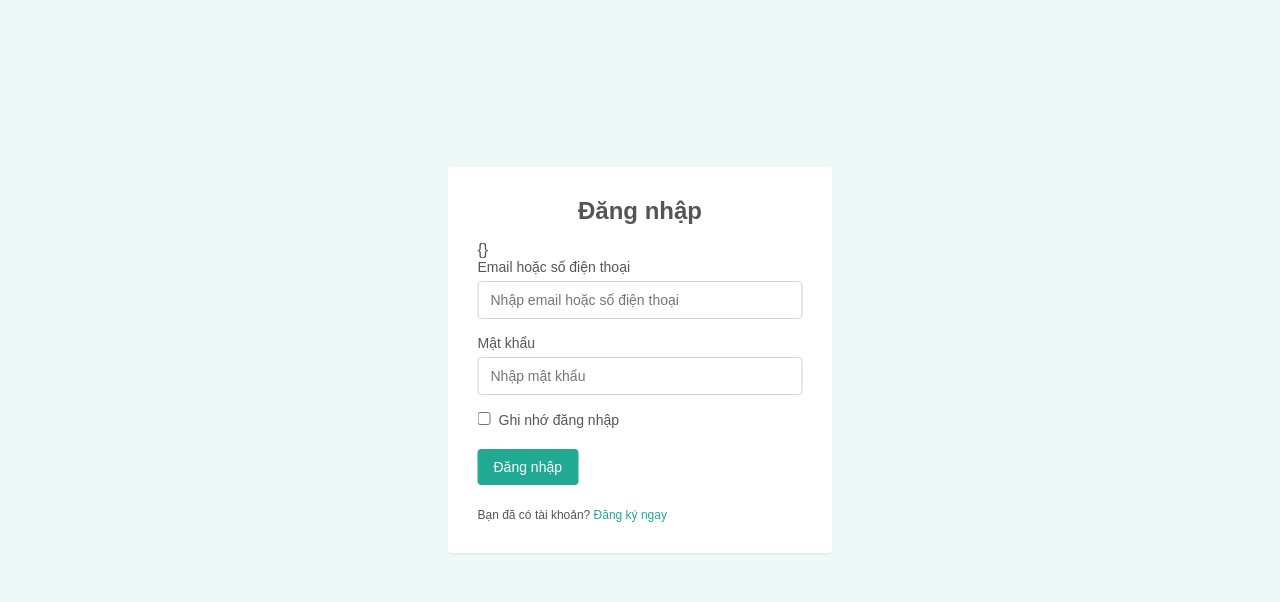
Repository: ntq25012002/chat-app
Page: /
These files come from the project's save history. The page is drawn as it stood at one moment and after a run of saves; the edit follows.
The browser window is 1280 px wide. The pictures show the whole page.
The project was rebuilt for these pictures with package versions that can differ from the ones it lists, and the page was loaded fresh each time. Also part of the build but not shown: src/pages/Home/Home.module.scss, src/pages/Home/index.js, src/pages/Register/index.js, src/pages/Profile/index.js, src/pages/Chat/index.js, src/layouts/components/SideBar/SideBar.module.scss, src/layouts/components/SideBar/index.js, src/layouts/DefaultLayout/index.js and 1 more. Imported but missing from the stored project, and not drawn on this page: src/layouts/components/SideBar/SideBarListChat.

Above is the page before, as saved 2023-05-25 15:18:04.

### src/index.js
import React from 'react';
import ReactDOM from 'react-dom/client';
// import './index.css';
import { Provider } from 'react-redux';
import { BrowserRouter as Router} from 'react-router-dom';

import store from '~/store';
import App from './App';
import reportWebVitals from './reportWebVitals';
import GlobalStyles from '~/components/GlobalStyles';

const root = ReactDOM.createRoot(document.getElementById('root'));
root.render(
  <React.StrictMode>
    <GlobalStyles>
      <Provider store={store}>
        <Router>
          <App />

        </Router>
      </Provider>
    </GlobalStyles>
  </React.StrictMode>
);

// If you want to start measuring performance in your app, pass a function
// to log results (for example: reportWebVitals(console.log))
// or send to an analytics endpoint. Learn more: https://bit.ly/CRA-vitals
reportWebVitals();

### src/store/index.js
// store.js
import  {configureStore} from '@reduxjs/toolkit';
import userReducer from '~/reducer/userReducer.js';

// const store = configureStore({
//     reducer: {
//       user: userReducer,
//     },
//   });
// export default store;

// Lưu trạng thái vào localStorage
const saveStateToSessionStorage = (state) => {
  try {
    const serializedState = JSON.stringify(state);
    sessionStorage.setItem('reduxStateUser', serializedState);
  } catch (error) {
    // Xử lý lỗi khi lưu trạng thái
  }
};

// Khôi phục trạng thái từ sessionStorage
const loadStateFromSessionStorage = () => {
  try {
    const serializedState = sessionStorage.getItem('reduxStateUser');
    if (serializedState === null) {
      return undefined; // Trạng thái mặc định nếu không có dữ liệu trong localStorage
    }
    return JSON.parse(serializedState);
  } catch (error) {
    return undefined; // Trạng thái mặc định nếu xảy ra lỗi
  }
};

// Khởi tạo Redux store với trạng thái khôi phục từ sessionStorage
const persistedState = loadStateFromSessionStorage();
const store = configureStore({
  reducer: {
    user: userReducer,
  },
  preloadedState: persistedState, // Sử dụng trạng thái khôi phục từ sessionStorage
});

// Lắng nghe sự thay đổi của Redux state và lưu vào sessionStorage
store.subscribe(() => {
  const state = store.getState();
  saveStateToSessionStorage(state);
});

export default store;

### src/App.js

import React, {Fragment} from 'react';
import { BrowserRouter as Router, Routes, Route, Navigate   } from 'react-router-dom';
import { useSelector } from 'react-redux';
import {publicRoutes, privateRoutes} from '~/routes';
import DefaultLayout from '~/layouts/DefaultLayout';
import NotFound from '~/pages/NotFound';

function App() {
  const isLoggedIn = useSelector((state) => state.user.isLoggedIn);

  return (
    <div className="App">
        <Routes>
          {
            publicRoutes.map((route, index) => {
              if(isLoggedIn && route.path === '/login') {
                return <Route
                  key={index}
                  path={route.path}
                  element={
                    <Navigate to='/' />
                  }
                />
              }

              const Page = route.component;
              let Layout = DefaultLayout;
              if(route.layout) {
                Layout = route.layout;
              }else if(route.layout === null) {
                Layout = Fragment;
              }
              return (
                <Route
                    key={index}
                    path={route.path}
                    element={
                      <Layout>
                        <Page />
                      </Layout>
                    }
                  />
              )
            })
          }


          { // Check isLoginRequired
            isLoggedIn ? privateRoutes.map((route, index) => {
              const Page = route.component;
              let Layout = DefaultLayout;
              if(route.layout) {
                Layout = route.layout;
              }else if(route.layout === null) {
                Layout = Fragment;
              }
              return (
                <Route
                    key={index}
                    path={route.path}
                    element={
                      <Layout>
                        <Page />
                      </Layout>
                    }
                  />
              )
            }) : (
              privateRoutes.map((route, index) => {
                return <Route
                  key={index}
                  path={route.path}
                  element={
                    <Navigate to='/login' />
                  }
                />
              })


            )
          }
          <Route path="*" element={<NotFound />} />
      </Routes>
    </div>
  );
}

export default App;

### src/components/GlobalStyles/index.js
import styles from '~/components/GlobalStyles/GlobalStyle.scss';

function GlobalStyles({ children }) {
    return children
}

export default GlobalStyles;

### src/reducer/userReducer.js
// import { LOGIN_SUCCESS, LOGOUT } from "./constant";
import { createSlice } from '@reduxjs/toolkit';

const initialState = {
  isLoggedIn: false,
  user: null,
};

const userSlice = createSlice({
  name: 'user',
  initialState,
  reducers: {
    loginSuccess: (state, action) => {
      console.log(action);
      state.isLoggedIn = true;
      state.user = action.payload;
    },
    logout: (state) => {
      state.isLoggedIn = false;
      state.user = null;
    },
  },
});

// const userReducer = (state = initialState, action) => {
//   switch (action.type) {
//     case LOGIN_SUCCESS:
//       console.log('isLoggedIn: ', action.payload);
//       return {
//         ...state,
//         isLoggedIn: true,
//         user: action.payload
//       };
//     case LOGOUT:
//       return {
//         ...state,
//         isLoggedIn: false,
//         user: null,
//       };
//     default:
//       return state;
//   }
// };


export const { loginSuccess, logout } = userSlice.actions;
export default userSlice.reducer;

// export {initialState};

### src/routes/index.js
import Home from '~/pages/Home';
import Login from '~/pages/Login';
import Register from '~/pages/Register';
import Profile from '~/pages/Profile';
import Chat from '~/pages/Chat';

const publicRoutes = [
    {path: '/login', component: Login, layout: null},
    {path: '/register', component: Register, layout: null},
]

const privateRoutes = [
    // {route: '/dashboard', component: Dashboard},
    {path: '/', component: Home},
    {path: '/profile', component: Profile},
    {path: '/chat/:user/:id', component: Chat},

]

export {publicRoutes, privateRoutes}

### src/components/GlobalStyles/GlobalStyle.scss
@import url("https://fonts.googleapis.com/css2?family=Poppins:wght@200;300;400;500;600;700&display=swap");

$heightHeader: 60px;
$widthPage: 100%;
$textColorPrimary: #555555;
$colorPrimary: #21aa93;
$textColorSecond: #161823bf;
$bg-layout: #f3f2ef;
:root {
    --width-page: 100%;
    --height-header: 60px;
    --color-primary: #21aa93;
    --text-color-primary: #555555;
    --text-coloe-second: #161823bf;
    --color-white: #FFFFFFFF;
    --border-color: #0000001f;
    --background-hover: rgb(22 24 35 / 3%);
    --bg-layout: #f3f2ef;
}

html {
    font-size:62.5%
}

* {
    margin: 0;
    padding: 0;
    box-sizing: border-box;
}

body {
    // font-family: 'Montserrat', sans-serif;
    // font-family: 'Roboto', sans-serif;
    font-family: ProximaNova, Arial, Tahoma, PingFangSC, sans-serif;
    font-size: 1.6rem;
    text-rendering: optimizeSpeed;
    color: $textColorPrimary;
}

button, input, [tabindex] {
    border: none;
    outline: none;
}

a[href] {
    color: $textColorPrimary;
    text-decoration: none;
}

.wrapper {
    margin: 0 auto;
    display: flex;
    align-items: space-between;
    flex-direction: column;
    background-color: $bg-layout;
}

.container {
    max-width: $widthPage;
    width: $widthPage;
    margin: 0 auto;
    display: flex;
}
.content {
    flex: 1;
    background-color: #FFFFFFFF;
}
// BUTTON
button{
    background-color: transparent;
    border: none;
    &:hover {
        cursor: pointer;
    }
}
.btn {
    padding: 10px 14px;
    border-radius: 4px;
    &:hover{
        cursor: pointer;
    }
}
.btn-primary {
    background-color: $colorPrimary;
    color: #FFFFFFFF;
}

### src/pages/Login/index.js
import React, {useReducer} from 'react';
// import classNames from 'classnames/bind';
import {useNavigate } from 'react-router-dom'
import axios from 'axios';
import { useDispatch } from 'react-redux';
import AuthForm from '~/layouts/components/AuthForm';

// import styles from './Login.module.scss';
// import {userReducer, initialState, LOGIN_SUCCESS, LOGOUT, setLogin, setLogout} from '~/reducer';
import { loginSuccess } from '~/reducer/userReducer';

// const cx = classNames.bind(styles);

function Login() {
    // const [state, dispatch] = useReducer(userReducer, initialState)
    const navigate  = useNavigate();
    const dispatch = useDispatch();
    const initialFormData = {
        username: '',
        password: ''
    }

    const login = async (data) => {
        try {
            const { username, password } = data;
            const response = await axios.post('http://127.0.0.1:8080/api/login', { username, password });
            // Lưu token vào localStorage hoặc sessionStorage
            sessionStorage.setItem('token', response.data.token);
            dispatch(loginSuccess(response.data.user))
            // dispatch(setLogin(response.data.user));
            navigate('/');

          } catch (error) {
            console.error(error);
          }

    }

    const handleLogin = (formData) => {
        login(formData);
    }

    return (
        <>
            <AuthForm onSubmit={handleLogin} loginForm={true} initialFormData={initialFormData} buttonText='Đăng nhập' title='Đăng nhập' link="/register" linkText='Đăng ký ngay' />
        </>
    );
}

export default Login;

### src/layouts/components/AuthForm/index.js
import React, {useState, useRef} from 'react';
import {Link} from 'react-router-dom'
import classNames from 'classnames/bind';
import images from '~/assets/images';
import styles from './AuthForm.module.scss';

const cx = classNames.bind(styles);

function AuthForm( {...props} ) {
    const formRef = useRef();
    const [formData, setFormData] = useState(props.initialFormData);
    const [errors, setErrors] = useState({})

    const validateForm = () => {
        let isValid = true;
        const newErrors = {};
        const emailRegex = /^(([^<>()\[\]\\.,;:\s@"]+(\.[^<>()\[\]\\.,;:\s@"]+)*)|(".+"))@((\[[0-9]{1,3}\.[0-9]{1,3}\.[0-9]{1,3}\.[0-9]{1,3}\])|(([a-zA-Z\-0-9]+\.)+[a-zA-Z]{2,}))$/;
        const phoneRegex = /[0-9`!@#$%^&*()_+\-=\[\]{};':"\\|,.<>\/?~]/;
        // const passwordRegex = /^(?=.*[a-z])(?=.*[A-Z])(?=.*\d)(?=.*[@$!%*?&])[A-Za-z\d@$!%*?&]{8,}$/;

        if(props.loginForm) {
            if(!formData.username ) {
                newErrors.username = 'Vui lòng nhập email hoặc số điện thoại';
                isValid = false;
            } else if( isNaN(formData.username) && !emailRegex.test(formData.username)) {
                newErrors.username = 'Email chưa đúng định dạng';
                isValid = false;
            }else if(!isNaN(formData.username) && phoneRegex.test(formData.username)) {
                newErrors.username = 'Số điện thoại chưa đúng định dạng';
                isValid = false;
            }
        }

        if (!formData.password) {
          newErrors.password = 'Vui lòng nhập mật khẩu';
          isValid = false;
        }

        // Xử lý validate các trường input đặc biệt trong form đăng ký
        if(props.registerForm) {
            if (!formData.name) {
                newErrors.name = 'Nhập họ tên';
                isValid = false;
              }

              if (!formData.phone) {
                newErrors.phone = 'Nhập số điện thoại';
                isValid = false;
              }
        }

        setErrors(newErrors);
        return isValid;
      };

      const handleSubmit = (e) => {
        e.preventDefault();
        console.log(errors);
        return;
        // const data = new FormData(formRef.current);

        if (validateForm()) {
            props.onSubmit(formData);
        } else {
          console.log('Form validation failed:', errors);
        }
      };

    const handleInputChange = (e) => {

        setFormData({
          ...formData,
            [e.target.name]: e.target.value
        });

    }

    return (
        <div className={cx('wrapper')}>
            <div className={cx('content')} >
                <img src={images.bg_login} alt="" />
                <div className={cx('form-container')}>
                    <div className={cx('title')}>
                        <h2>{props.title}</h2>
                    </div>

                    {errors && JSON.stringify(errors)}

                    <form className={cx('form', 'form-data')} ref={formRef} onSubmit={handleSubmit}>

                        { // Login form
                            props.loginForm && (
                                <>
                                    <div className={cx('form-group')}>
                                        <label className={cx('form-label')}>Email hoặc số điện thoại</label>
                                        <input type="text" onChange={handleInputChange} value={formData.username} name='username' className={cx('form-control')} placeholder='Nhập email hoặc số điện thoại'/>
                                    </div>
                                    <div className={cx('form-group')}>
                                        <label className={cx('form-label')}>Mật khẩu</label>
                                        <input type="password" onChange={handleInputChange} value={formData.password} name='password' className={cx('form-control')} placeholder='Nhập mật khẩu'/>
                                    </div>
                                    <div className='d-flex'>
                                        <div className={cx('form-control')}>
                                            <input type="checkbox" className={cx('check_remember')} />
                                            <label className={cx('remember_login')}>Ghi nhớ đăng nhập</label>
                                        </div>
                                    </div>
                                </>
                            )
                        }

                        {   //Register form
                            props.registerForm && (
                                <>
                                    {/* <div className={cx('form-group')}>
                                        <label className={cx('form-label-file')}>Ảnh đại diện</label>
                                        <input type="file" onChange={handleInputChange} accept='image/*' name='avatar'/>
                                    </div> */}
                                    <div className={cx('form-group')}>
                                        <label className={cx('form-label')}>Họ tên</label>
                                        <input type="text"  onChange={handleInputChange} name='name' className={cx('form-control')} placeholder='Nhập họ tên'/>
                                    </div>
                                    <div className={cx('form-group')}>
                                        <label className={cx('form-label')}>Email</label>
                                        <input type="text" onChange={handleInputChange} name='email' className={cx('form-control')} placeholder='Nhập địa chỉ email'/>
                                    </div>
                                    <div className={cx('form-group')}>
                                        <label className={cx('form-label')}>Số điện thoại</label>
                                        <input type="text" onChange={handleInputChange} name='phone' className={cx('form-control')} placeholder='Nhập số điện thoại'/>
                                    </div>
                                    <div className={cx('form-group')}>
                                        <label className={cx('form-label')}>Mật khẩu</label>
                                        <input type="password"  onChange={handleInputChange} name='password' className={cx('form-control')} placeholder='Nhập mật khẩu'/>
                                    </div>
                                    <div className={cx('form-group')}>
                                        <label className={cx('form-label')}>Nhập lại mật khẩu</label>
                                        <input type="password"  onChange={handleInputChange} name='repassword' className={cx('form-control')} placeholder='Xác nhận lại mật khẩu'/>
                                    </div>

                                </>
                            )
                        }

                        <button className={cx('btn-submit')}>{props.buttonText}</button>

                        <div>
                            <span>Bạn đã có tài khoản? </span> <Link to={props.link} className={cx('register_link')}>{props.linkText}</Link>
                        </div>
                    </form>
                </div>
            </div>
        </div>
    )

}

export default AuthForm;

### src/assets/images/index.js
const images = {
    logo: require('~/assets/images/logo.svg').default,
    bg_login: require('~/assets/images/signin-img-cyan.svg').default
}

export default images;

### src/layouts/components/AuthForm/AuthForm.module.scss
.wrapper {
    background-color: rgb(237, 249, 249);
}
.content {
    height: 100vh;
    display: flex;
    justify-content: center;
    align-items: center;
    flex-direction: column;
    position: relative;

    .form-container {
        position: absolute;
        top: 50%;
        left: 50%;
        transform: translate(-50%, -50%);
        box-shadow: 0 0.125rem 0.25rem rgba(0,0,0,0.075);
        padding: 30px;
        background-color: #ffffff;
        border-radius: 4px;
        .title {
            margin-bottom: 16px;
            h2 {
                text-align: center;
            }
        }
        .form-group {
            display: flex;
            flex-direction: column;
            .form-label {
                text-align: left;
                font-size: 14px;
                margin-bottom: 6px;
            }
            .form-control {
                padding: 10px 12px;
                border: 1px solid #ced4da;
                border-radius: 4px;
                font-size: 14px;
                min-width: 325px;
                margin-bottom: 16px;
                &:focus {
                    border: 1px solid #21aa93;

                    outline: #21aa93;
                }
            }
        }
        .btn-submit {
            margin-top: 20px;
            margin-bottom: 20px;
            padding: 10px 16px;
            font-size: 14px;
            border-radius: 4px;
            background-color: var(--color-primary);
            color: #ffffff;

            &:hover {
                background-color: darken(#21aa93, 10%);
                cursor: pointer;
            }
        }
        .check_remember {
            accent-color: var(--color-primary);
        }
        .remember_login {
            font-size: 14px;
            padding-left: 8px;
        }
        span {
            font-size: 12px;
        }
        .register_link {
            font-size: 12px;
            color: var(--color-primary);
        }
    }
}

Loaded but not shown: public/index.html (common file); src/reportWebVitals.js (common file)

After the next 2 saves:
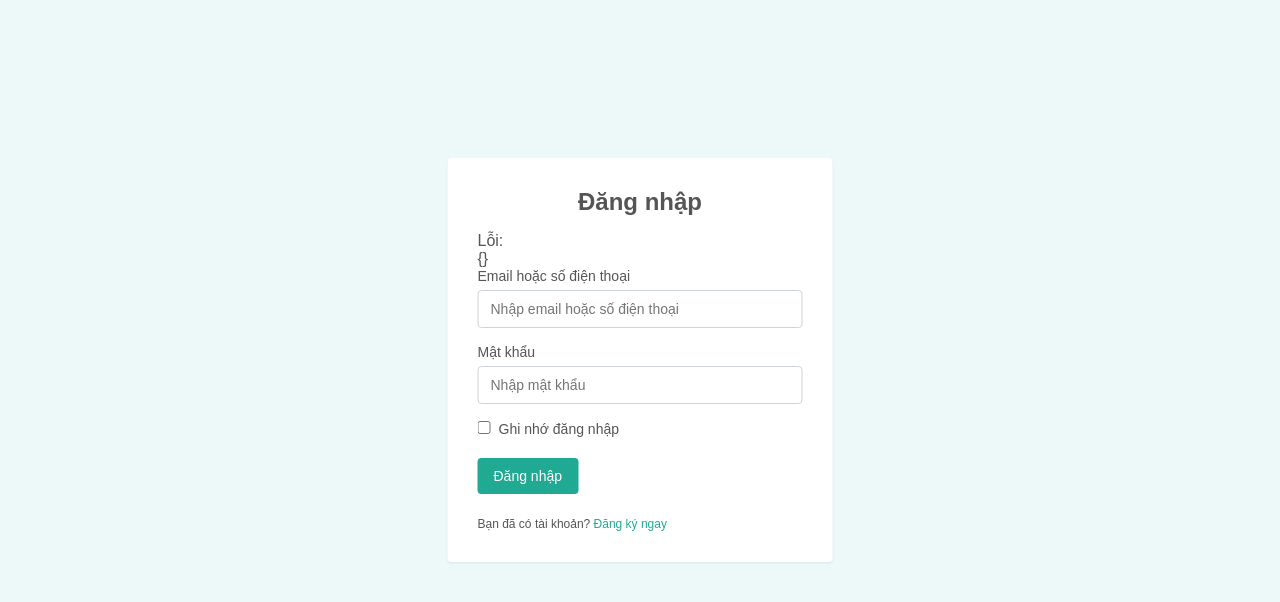
The 2 saves are shown as one change because they came seconds apart.
The last was saved 111 s later.
--- a/src/layouts/components/AuthForm/index.js
+++ b/src/layouts/components/AuthForm/index.js
@@ -84,7 +84,7 @@ function AuthForm( {...props} ) {
                         <h2>{props.title}</h2>
                     </div>
 
-                    {errors && JSON.stringify(errors)}
+                    <p>Lỗi:</p>  {errors && JSON.stringify(errors)}
 
                     <form className={cx('form', 'form-data')} ref={formRef} onSubmit={handleSubmit}>
 
